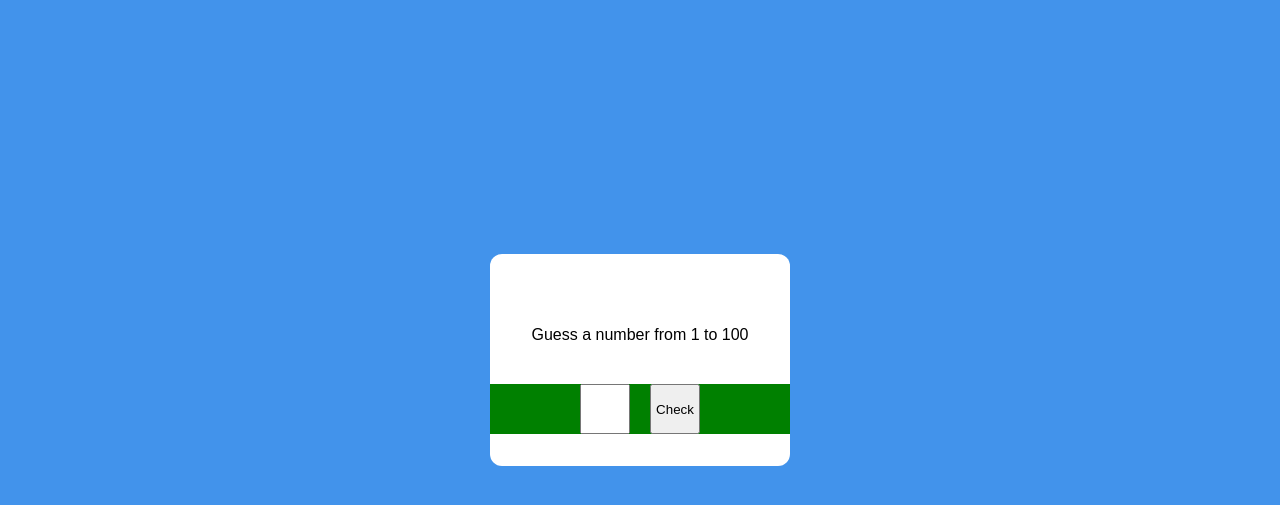
Repository: Ankitkr2021/Guess_Game
Page: index.html
The author's editor kept a copy of each file at every save. The page is drawn from the files as they stood at one save, then again after the next save.
The browser window is 1280 px wide. The pictures show the whole page.

Above is the page before, as saved 2025-09-30 17:45:50.

After the next save:
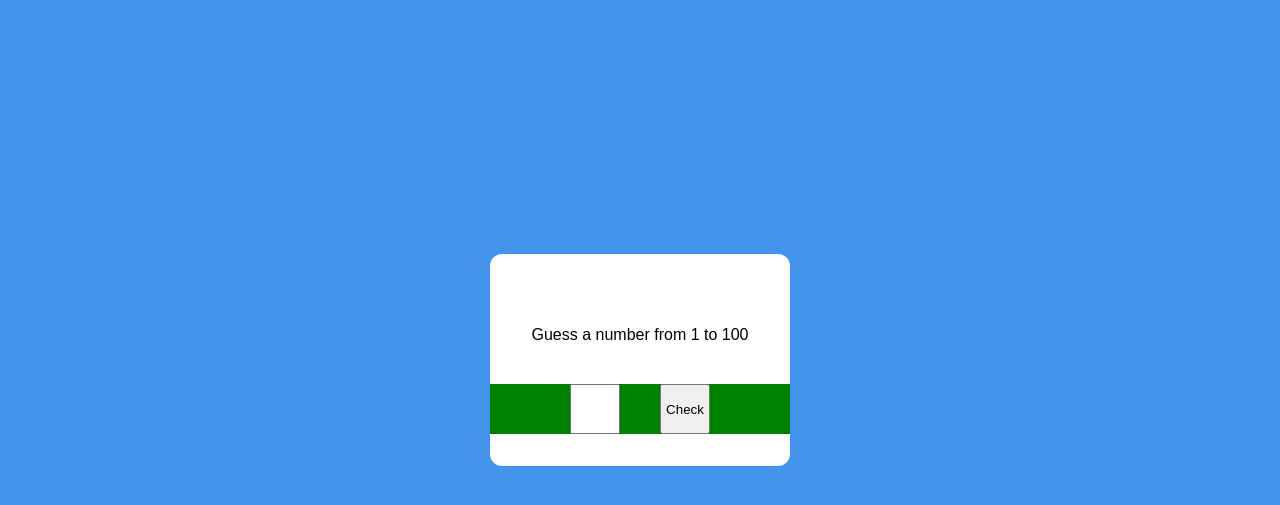
Saved 5 s later.
--- a/style.css
+++ b/style.css
@@ -48,7 +48,7 @@ input{
 }
 
 button{
-    margin-left: 20px;
+    margin-left: 40px;
     height: 50px;
     width: 50px;
 }
